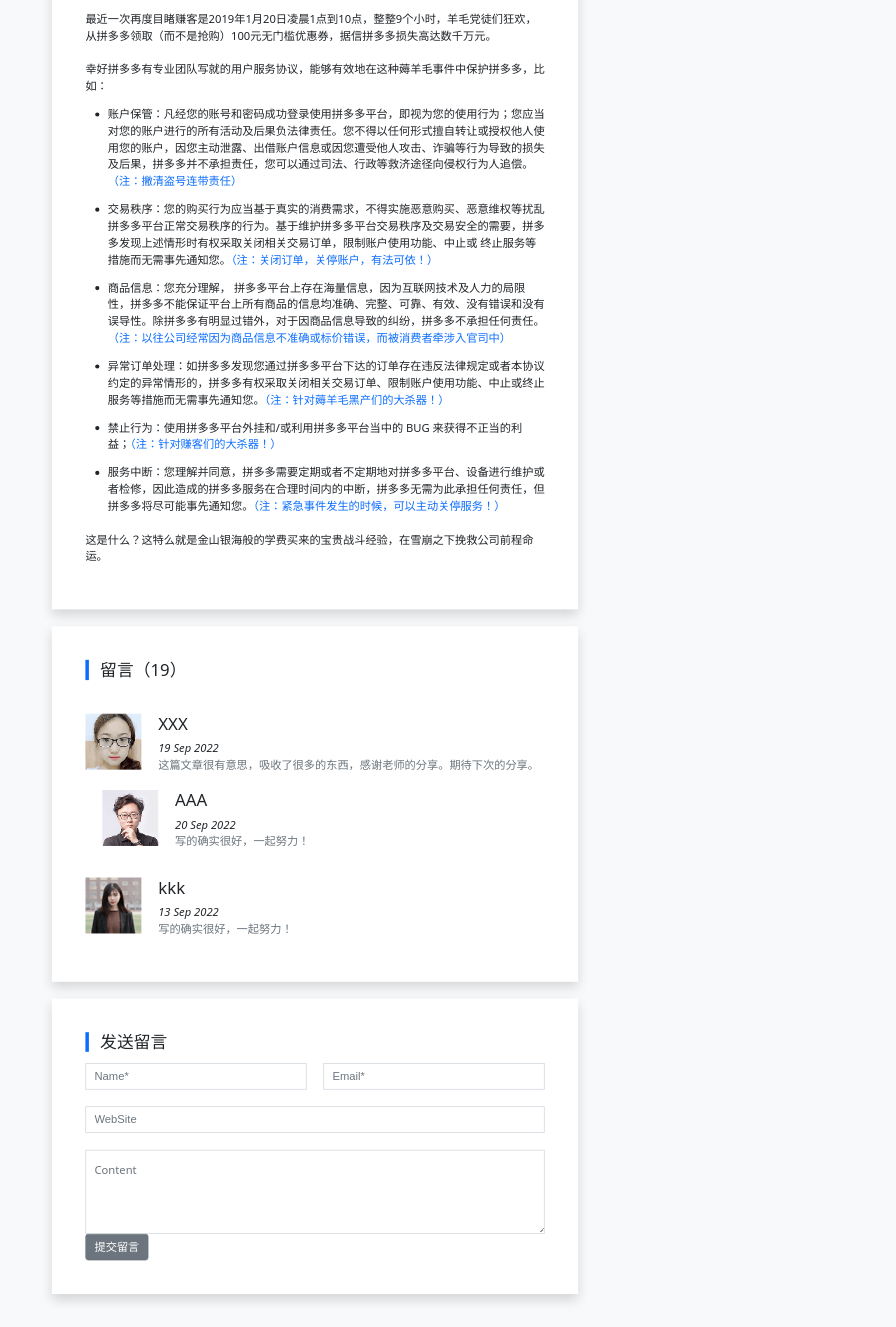
Repository: herjuandlonely/github.io
Page: index-blog.html
The author's editor kept a copy of each file at every save. The page is drawn from the files as they stood at one save, then again after the next save.
The browser window is 1280 px wide. The pictures show the part of the page from y = 1952 to 3872 px (the page is 3848 px tall before and 3872 px after), at 70% of full size.
Backgrounds fixed to the window are drawn as part of the page.

Above is the page before, as saved 2022-07-01 15:40:09.

After the next save:
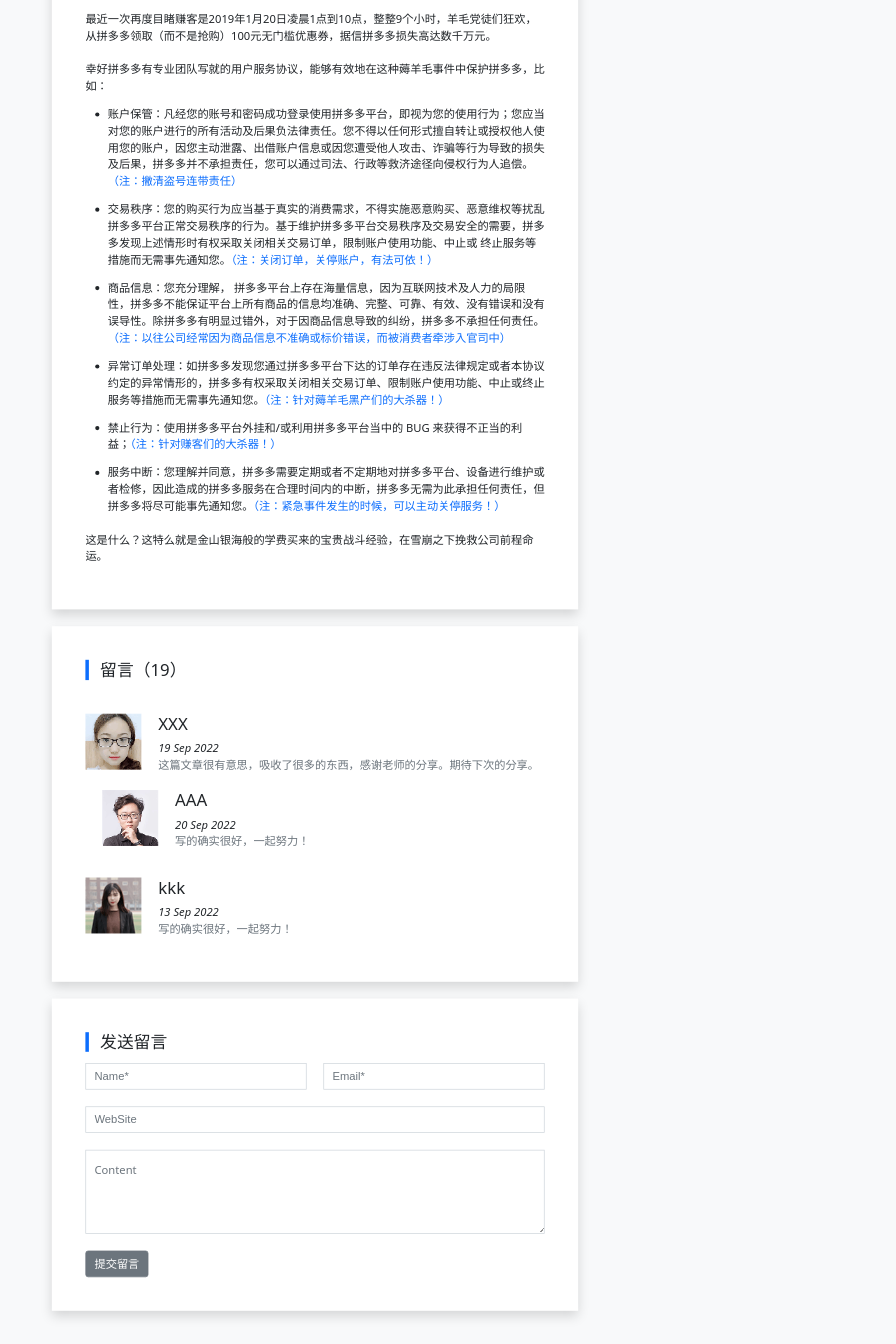
Saved 14 s later.
--- a/index-blog.html
+++ b/index-blog.html
@@ -186,7 +186,7 @@
                                 <textarea class="rounded-0 form-control" style="height: 120px;" id="contentNode" placeholder="s"></textarea>
                                 <label for="contentNode" class=" text-secondary">Content</label>
                             </div>
-                            <div class="btn btn-secondary">提交留言</div>
+                            <div class="btn btn-secondary mt-4">提交留言</div>
                         </div>
                     </div>
                 </div>
